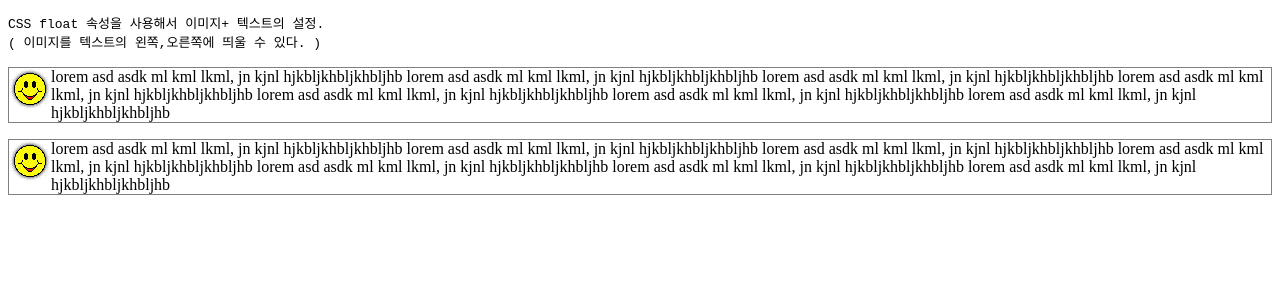
Repository: donggri1/WORKSPACE
Page: WebClass/webPro/src/main/webapp/html/days03/ex02.html
The author's editor kept a copy of each file at every save. The page is drawn from the files as they stood at one save, then again after the next save.
The browser window is 1280 px wide. The pictures show the whole page.

Above is the page before, as saved 2024-03-26 00:30:58.

### WebClass/webPro/src/main/webapp/html/days03/ex02.html
<!DOCTYPE html>
<html>
<head>
<meta charset="UTF-8">
<title>Insert title here</title>
<link rel="shortcut icon" type="image/x-icon" href="http://localhost/webPro/images/SiSt.ico">
<style >
	/* 스타일 적용할 대상 == 선택자 == Selector */

	p{
	/* 속석=속성값; */
	border: solid 1px grey;
	}

</style>
</head>
<body>

<pre>
CSS float 속성을 사용해서 이미지+ 텍스트의 설정.
( 이미지를 텍스트의 왼쪽,오른쪽에 띄울 수 있다. )
</pre>
<p>
	<img style="float:left; width:42px;height:42px;" src="../images/smiley.gif">
	lorem asd asdk ml kml lkml, jn kjnl hjkbljkhbljkhbljhb
	lorem asd asdk ml kml lkml, jn kjnl hjkbljkhbljkhbljhb
	lorem asd asdk ml kml lkml, jn kjnl hjkbljkhbljkhbljhb
	lorem asd asdk ml kml lkml, jn kjnl hjkbljkhbljkhbljhb
	lorem asd asdk ml kml lkml, jn kjnl hjkbljkhbljkhbljhb
	lorem asd asdk ml kml lkml, jn kjnl hjkbljkhbljkhbljhb
	lorem asd asdk ml kml lkml, jn kjnl hjkbljkhbljkhbljhb
</p>

<p>
	<img style="float:left; width:42px;height:42px;" src="../images/smiley.gif">
	lorem asd asdk ml kml lkml, jn kjnl hjkbljkhbljkhbljhb
	lorem asd asdk ml kml lkml, jn kjnl hjkbljkhbljkhbljhb
	lorem asd asdk ml kml lkml, jn kjnl hjkbljkhbljkhbljhb
	lorem asd asdk ml kml lkml, jn kjnl hjkbljkhbljkhbljhb
	lorem asd asdk ml kml lkml, jn kjnl hjkbljkhbljkhbljhb
	lorem asd asdk ml kml lkml, jn kjnl hjkbljkhbljkhbljhb
	lorem asd asdk ml kml lkml, jn kjnl hjkbljkhbljkhbljhb
</p>



</body>
</html>

After the next save:
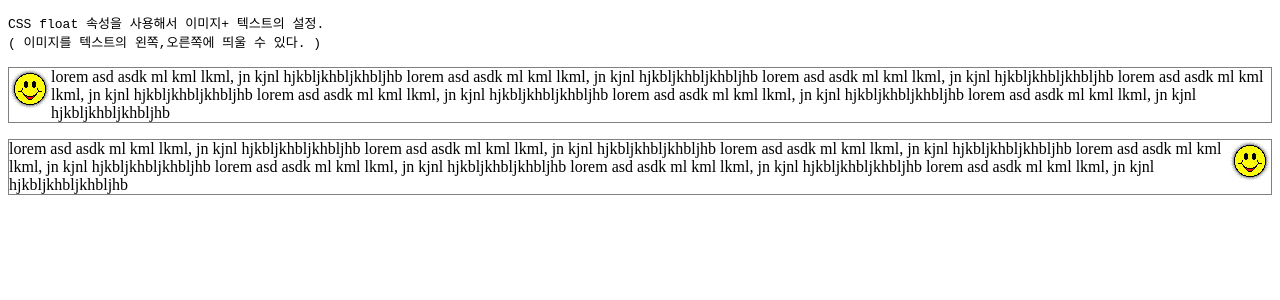
Saved 60 s later.
--- a/WebClass/webPro/src/main/webapp/html/days03/ex02.html
+++ b/WebClass/webPro/src/main/webapp/html/days03/ex02.html
@@ -32,7 +32,7 @@ CSS float 속성을 사용해서 이미지+ 텍스트의 설정.
 </p>
 
 <p>
-	<img style="float:left; width:42px;height:42px;" src="../images/smiley.gif">
+	<img style="float:right; width:42px;height:42px;" src="../images/smiley.gif">
 	lorem asd asdk ml kml lkml, jn kjnl hjkbljkhbljkhbljhb
 	lorem asd asdk ml kml lkml, jn kjnl hjkbljkhbljkhbljhb
 	lorem asd asdk ml kml lkml, jn kjnl hjkbljkhbljkhbljhb
